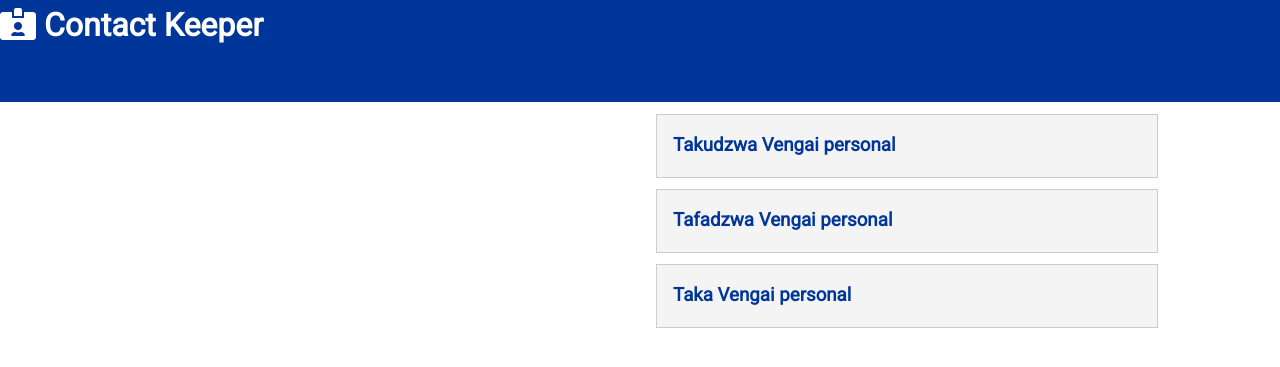
Repository: Takudzwa413/Contact-Keeper
Page: / (app in client/)
The author's editor kept a copy of each file at every save. The page is drawn from the files as they stood at one save, then again after the next save.
The browser window is 1280 px wide. The pictures show the whole page.
Some web libraries are served in a nearby version. The project was rebuilt for these pictures with package versions that can differ from the ones it lists, and the page was loaded fresh each time. Also part of the build but not shown: client/src/components/pages/About.js.

Above is the page before, as saved 2020-06-18 21:33:10.

After the next save:
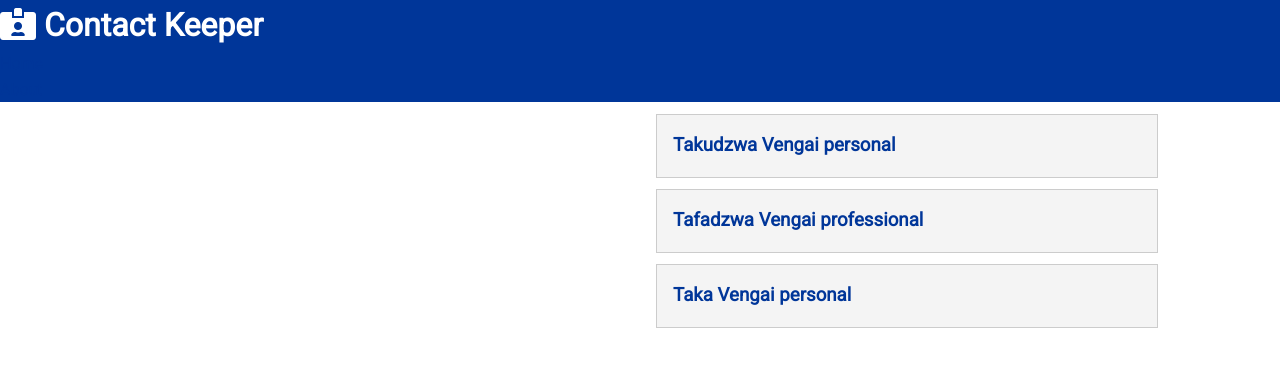
Saved 4 min 22 s later.
--- a/client/src/context/contact/ContactState.js
+++ b/client/src/context/contact/ContactState.js
@@ -28,7 +28,7 @@
                 name:'Tafadzwa Vengai',
                 email:'tfvengai75@gmail.com',
                 phone:'222-222-333-333',
-                type:'personal'
+                type:'professional'
             },
             {
                 id:3,
